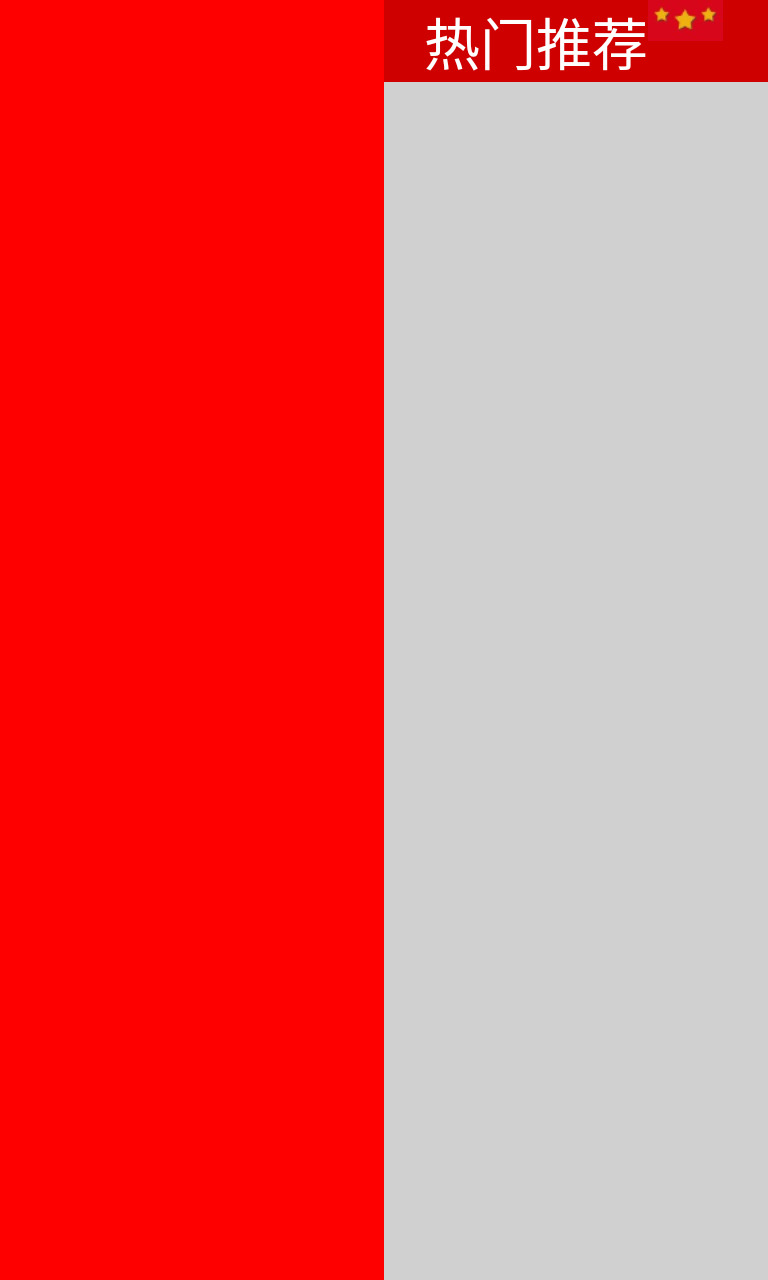
Repository: hhxiaojQCS/QCS_ListView
Layout: QCS/res/layout/activity_filter.xml
An editor plug-in stored every save of this project. The layout is shown before and after the next save, followed by the edit.
It is drawn on a 768 x 1280 px phone screen (xhdpi) without system bars, with theme AppTheme; the app's code is not run. Lists and similar views that code fills are empty.

Above is the layout before, as saved 2013-08-07 07:49:44.

After the next save:
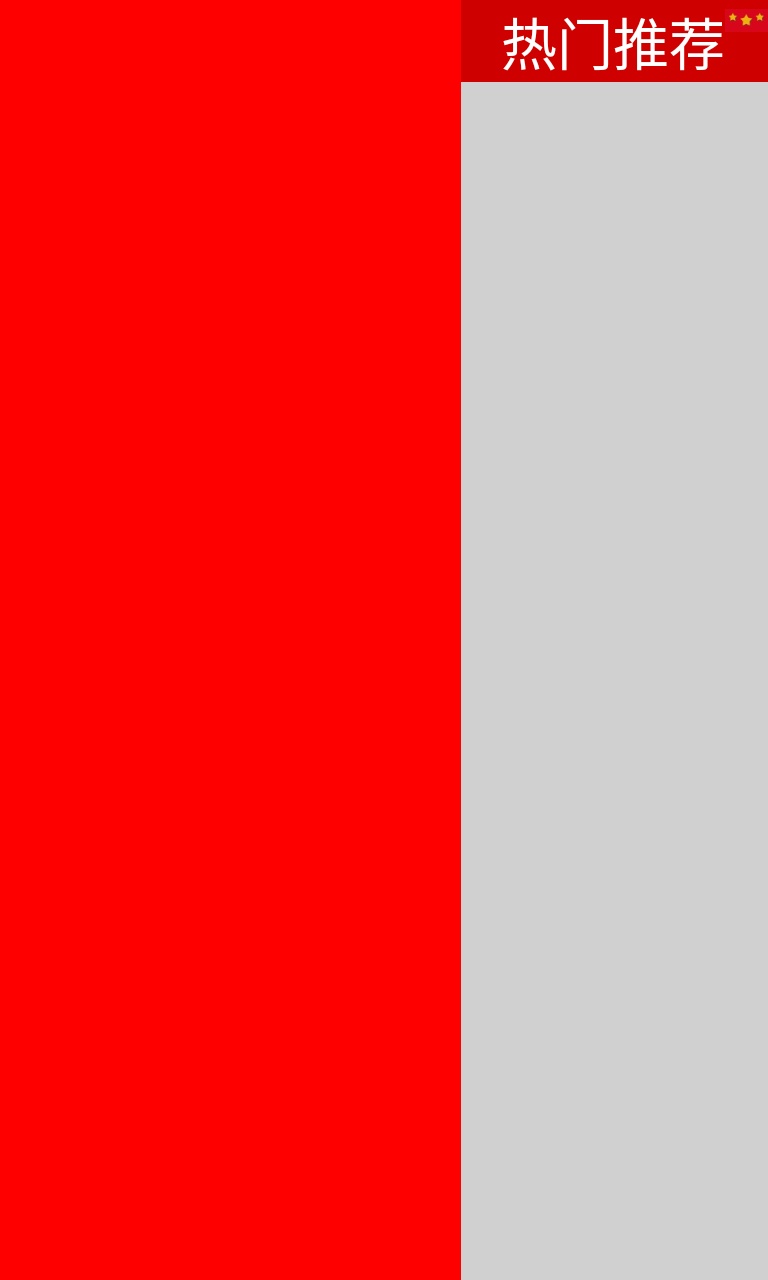
Saved 15 s later.
--- a/QCS/res/layout/activity_filter.xml
+++ b/QCS/res/layout/activity_filter.xml
@@ -19,7 +19,7 @@
         android:id="@+id/lilay_filter_02"
         android:layout_width="match_parent"
         android:layout_height="match_parent"
-        android:layout_weight="4"
+        android:layout_weight="6"
         android:orientation="vertical" >
 
         <LinearLayout
